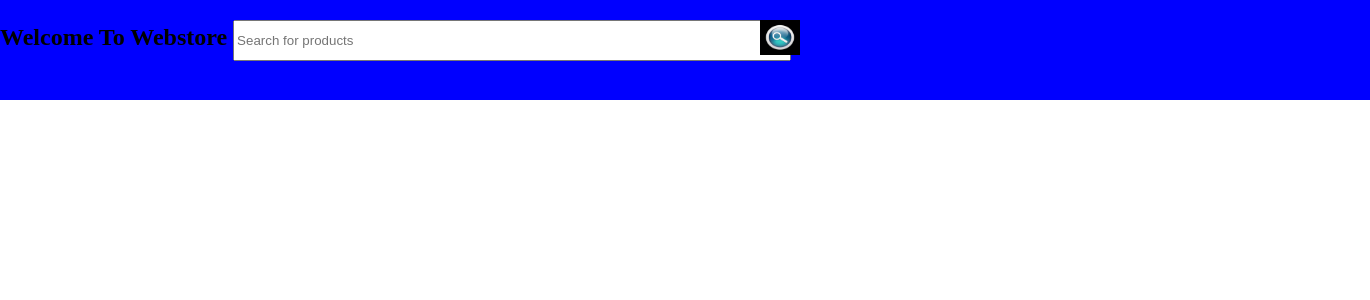
Repository: sourogithub/Final-yr-project-using-j2ee
Page: http://localhost/Webstore/JSP Pages/Front.jsp
These files come from the project's save history. The page is drawn as it stood at one moment and after the next save; the edit follows.
The browser window is 1280 px wide. The page is 1370 px wide, so the pictures cover 1370 px, including what lies to the right of the window. The pictures show the whole page.
The page is served by Tomcat 9.

Above is the page before, as saved 2017-04-11 08:59:42.

After the next save:
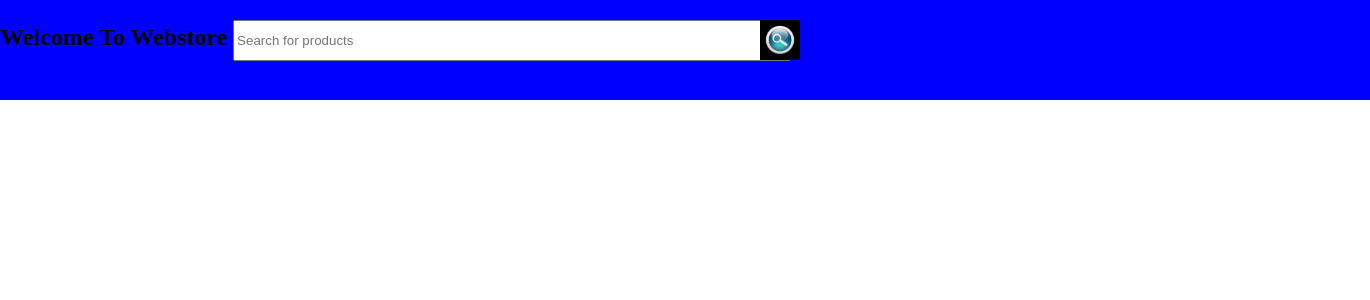
Saved 14 s later.
--- a/Webstore/WebContent/JSP Pages/Front.jsp
+++ b/Webstore/WebContent/JSP Pages/Front.jsp
@@ -10,7 +10,7 @@
 <div id="top"  style="background:blue; height:100px;position:absolute;top:0px;width:1370px;">
 <h2>Welcome To Webstore
 <input type="text" placeholder="Search for products" required style="border-width:2;width:550px;height:35px">
-<a><img src="../images/search-images-17.jpg" height="35px" width="40px" style="position:absolute;right:570px"></a>
+<a><img src="../images/search-images-17.jpg" height="40px" width="40px" style="position:absolute;right:570px"></a>
 </h2>
 </div>
 </body>
